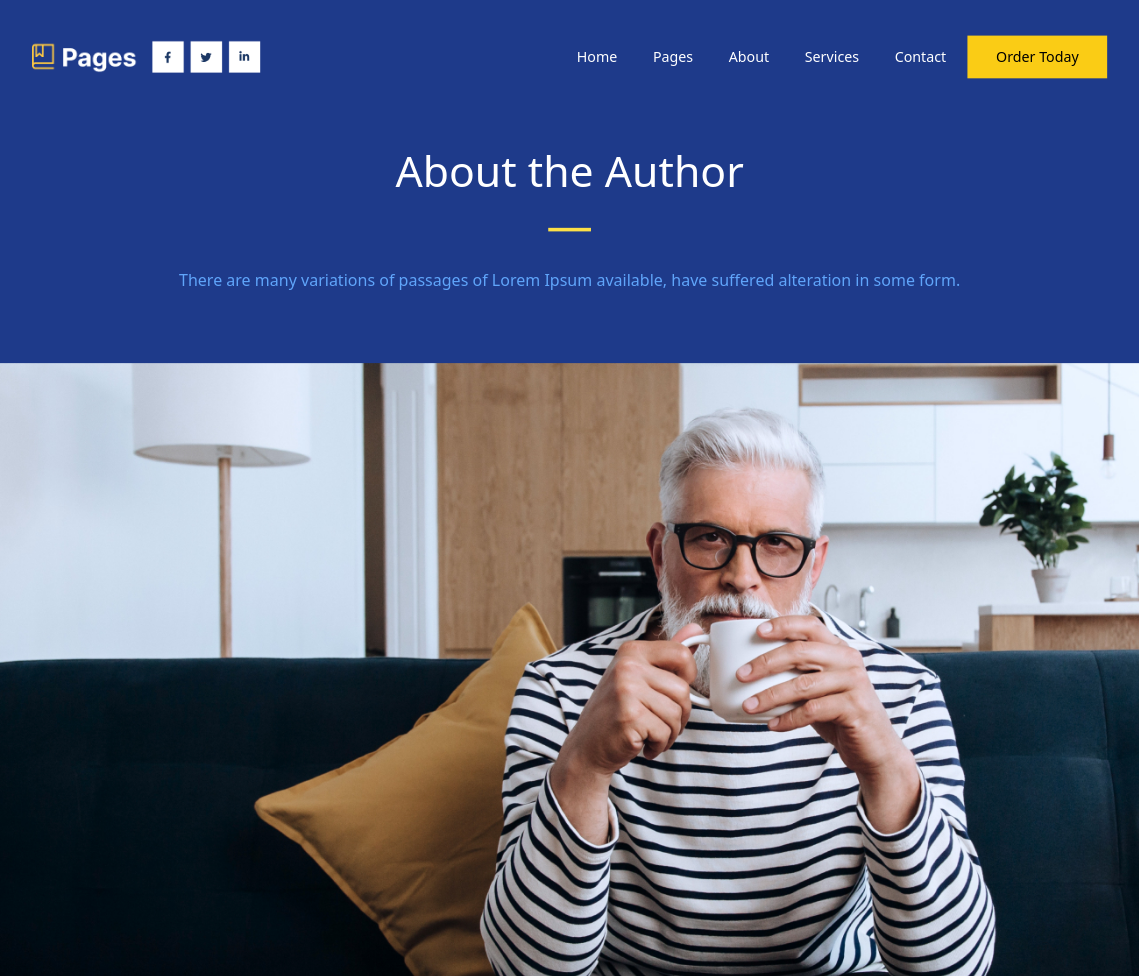
Repository: Godnorg/Class3
Page: index.html
The author's editor kept a copy of each file at every save. The page is drawn from the files as they stood at one save, then again after the next save.
The browser window is 1280 px wide. The pictures show the whole page, at 89% of full size.
Some web libraries are served in a nearby version.

Above is the page before, as saved 2023-02-18 18:33:09.

After the next save:
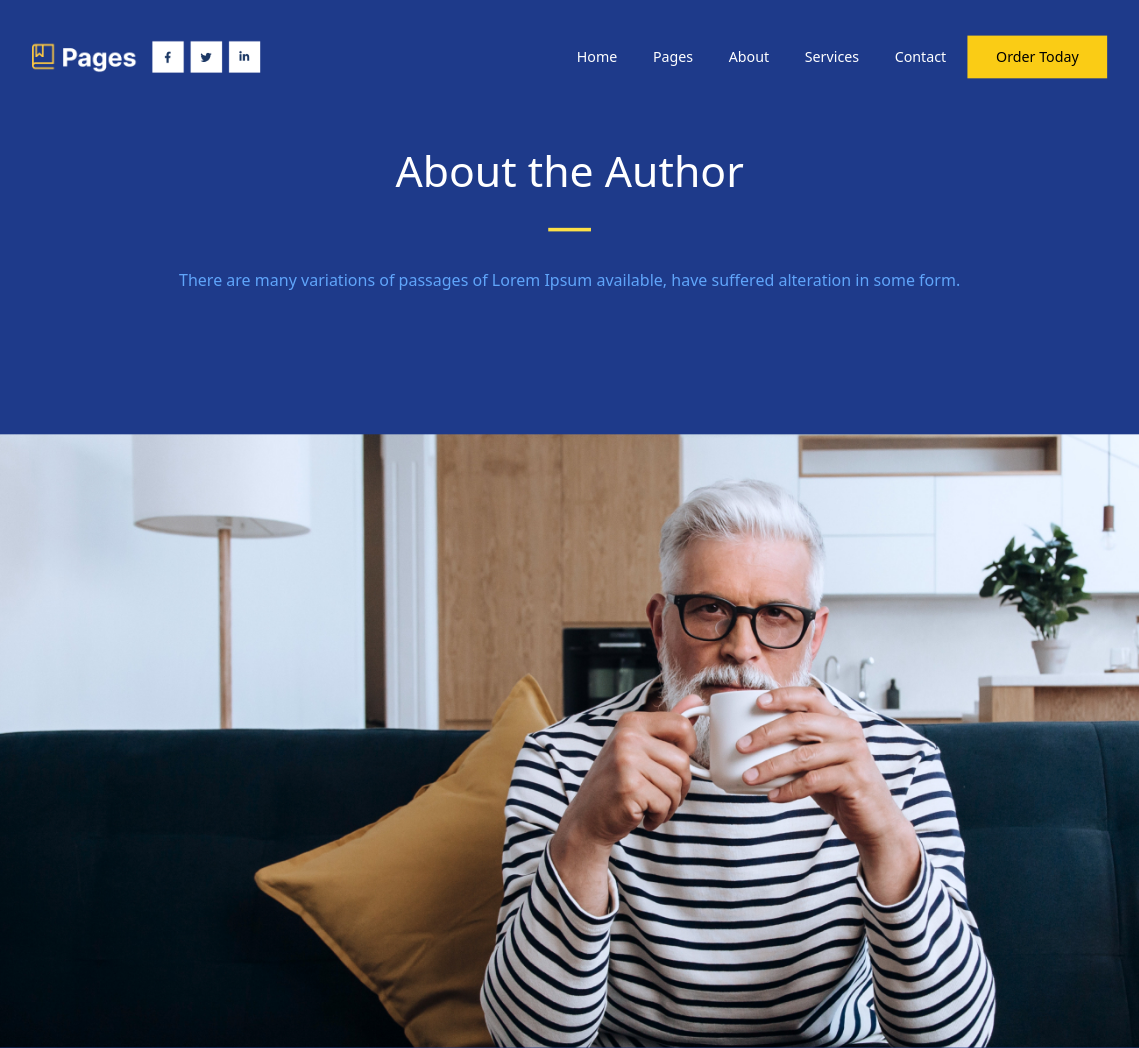
Saved 15 s later.
--- a/index.html
+++ b/index.html
@@ -29,7 +29,7 @@
         <div
             class="items-center w-12 h-1 mx-auto text-center bg-yellow-300">
         </div>
-        <p class="items-center pt-10 mx-auto text-lg text-center text-blue-400">There are many variations of passages of Lorem Ipsum available, have suffered alteration in some form.</p>
+        <p class="items-center pt-10 pb-20 mx-auto text-lg text-center text-blue-400">There are many variations of passages of Lorem Ipsum available, have suffered alteration in some form.</p>
     </div>
     <div>
         <div class="pt-20">
